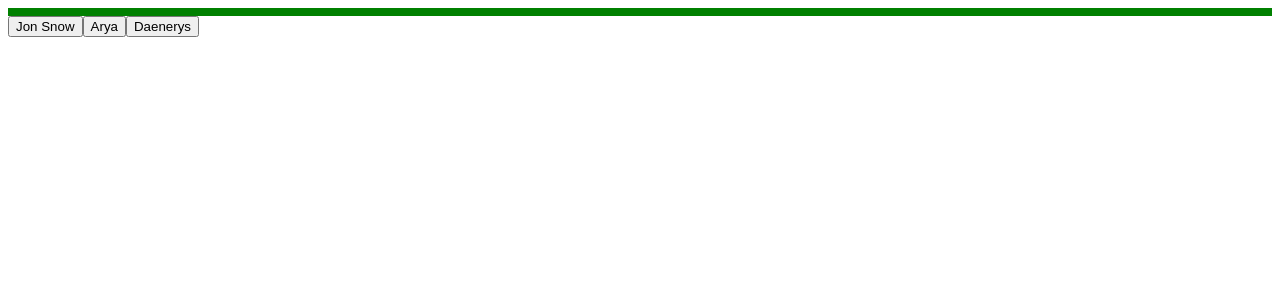
Repository: dsaftler/GifTastic
Page: index.html
These files come from the project's save history. The page is drawn as it stood at one moment and after the next save; the edit follows.
The browser window is 1280 px wide. The pictures show the whole page.
Some web libraries are served in a nearby version.

Above is the page before, as saved 2019-04-19 18:25:39.

### index.html
<!DOCTYPE html>
<html lang="en">
<head>
    <!-- meta tags -->
    <meta http-equiv="content-type" content="text/html; charset=utf-8">
    <meta name="viewport" content="width=device-width, initial-scale=1.0">
    <!-- bootstrap -->

    <!-- custom css -->
    <link rel="stylesheet" href="assets/CSS/style.css" type="text/css">

  <title>GOT Giffy?</title>
</head>
<body>
<div class="container">
  <div class="btnsDiv">
  <div class="getTopic">

    <form role="form">

      <!-- Here we create the text box for capturing the search term-->
      <div class="form-group">
        <label for="search">New Character? </label>
        <input type="text" class="form-control" id="search-term">
      </div>

      <!-- Here we capture the number of records that the user wants to retrieve  -->
      <!-- <div class="form-group">
        <label for="pwd">Number of Imagess to Retrieve:</label>
        <select id="article-count" class="custom-select" aria-labelledby="dropdownMenuButton">
          <option selected value="1">1</option>
          <!-- Setting the option for 5 as default -->
          <!-- <option value="5" selected>5</option>
          <option value="10">10</option>
        </select>
      </div> -->


      <!-- Here we have our final submit button -->
      <button type="submit" class="btn btn-default" id="run-search">
        <i class="fa fa-search"></i> Search</button>

    </form>




  </div>
  <div class="showGifs">

  </div>

  </div>

</div>
<!-- <iframe src="https://giphy.com/embed/26FmPX0RBmzdY2HmM" width="480" height="239" frameBorder="0" class="giphy-embed"
  allowFullScreen></iframe>
<p><a href="https://giphy.com/gifs/gameofthrones-game-of-thrones-hbo-26FmPX0RBmzdY2HmM">via GIPHY</a></p> -->
<!-- bootstrap scripts -->
 <script src="https://cdnjs.cloudflare.com/ajax/libs/jquery/3.2.1/jquery.min.js"></script>
<script src="https://cdnjs.cloudflare.com/ajax/libs/popper.js/1.14.7/umd/popper.min.js"
  integrity="sha384-UO2eT0CpHqdSJQ6hJty5KVphtPhzWj9WO1clHTMGa3JDZwrnQq4sF86dIHNDz0W1" crossorigin="anonymous"></script>
<script src="https://stackpath.bootstrapcdn.com/bootstrap/4.3.1/js/bootstrap.min.js"
  integrity="sha384-JjSmVgyd0p3pXB1rRibZUAYoIIy6OrQ6VrjIEaFf/nJGzIxFDsf4x0xIM+B07jRM" crossorigin="anonymous"></script>
<script src="assets/Javascript/app.js"></script>

</body>
</html>

### assets/CSS/style.css
body {
  background-image: "assets/images/ezgif.com-resize.webp"
}
.btn {
  border: 2px solid  red;
}
.bntsDiv{
  border: 8px solid blue;
}
.getTopic{
  float: left;
  border: 3px solid purple;
}

.showGifs{
  border: 4px solid green;
}

### assets/Javascript/app.js
// var topics=["Jon Snow","Sansa","Cersei","Arya","Daenerys","Jaime","Catelyn"];
var topics = ["Jon Snow",  "Arya", "Daenerys"];
var topic, newBtn, i, btnId
//$("button").on("click", getGif());
$('.getTopic').hide()
$(function () {
  createButtons();
//$(".getTopic").hide();

});

function createButtons() {
  for (let i=0; i<topics.length; i++) {
    topic=topics[i]
    // btnId ='topicbtn_' + i
    var newBtn = $('<button>' + topic + '</button>')
        .addClass('imgBtn')
        .attr("id",'topicbtn_' + i)
        .attr('onclick', 'getGif(this.textContent);')
       $(".btnsDiv").append(newBtn);
    };

  }
      // .attr('onclick', 'getGif(this.textContent);')
//$('.btn').on('click', function() {
function getGif(myTopic){

  //alert("clicked "+myTopic );
  var queryURL = "http://api.giphy.com/v1/gifs/search?q=" +
    myTopic + "&api_key=cQ6v8TyEzI3FgHn04lpj1mdBt9i4u5n8&limit=10";
  $.ajax({
    url: queryURL,
    method: "GET"
  })
    .then(function (response) {
      // Storing an array of results in the results variable
      var results = response.data;
    //console.log(results);
      showGifs(results)
  });
};
  function showGifs(imgSet){

    //console.log(imgSet);
    $(".showGifs").empty();
    for (var i = 0; i < imgSet.length; i++) {

      // Creating and storing a div tag

      // Creating a paragraph tag with the result item's rating
      var p = $("<p>").text("Rating: " + imgSet[i].rating);

      // Creating and storing an image tag
      var myImage = $("<img>");
      // Setting the src attribute of the image to a property pulled off the result item
      myImage.attr("src", imgSet[i].images.fixed_height.url);
      // !the rating should be UNDER the gif


      // Appending the paragraph and image tag to the animalDiv
      $(".showGifs").append(p);
      $(".showGifs").append(myImage);
    }
  };


  //TODO add the form for input and add button

After the next save:
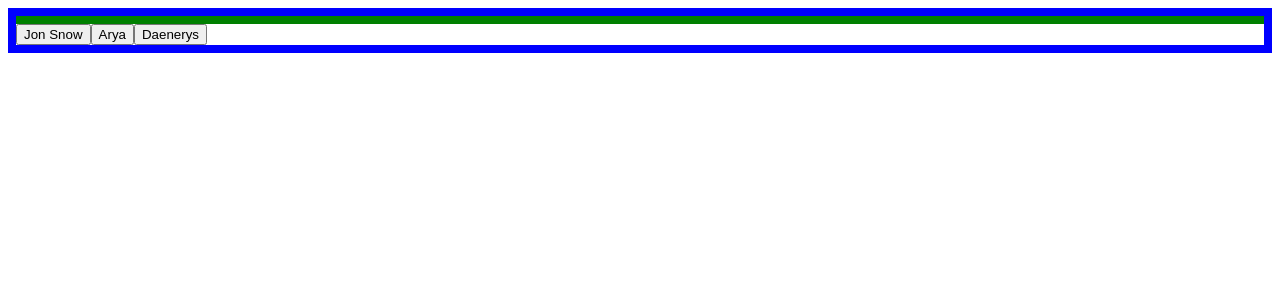
Saved 48 s later.
--- a/assets/CSS/style.css
+++ b/assets/CSS/style.css
@@ -4,7 +4,7 @@
 .btn {
   border: 2px solid  red;
 }
-.bntsDiv{
+.btnsDiv{
   border: 8px solid blue;
 }
 .getTopic{
